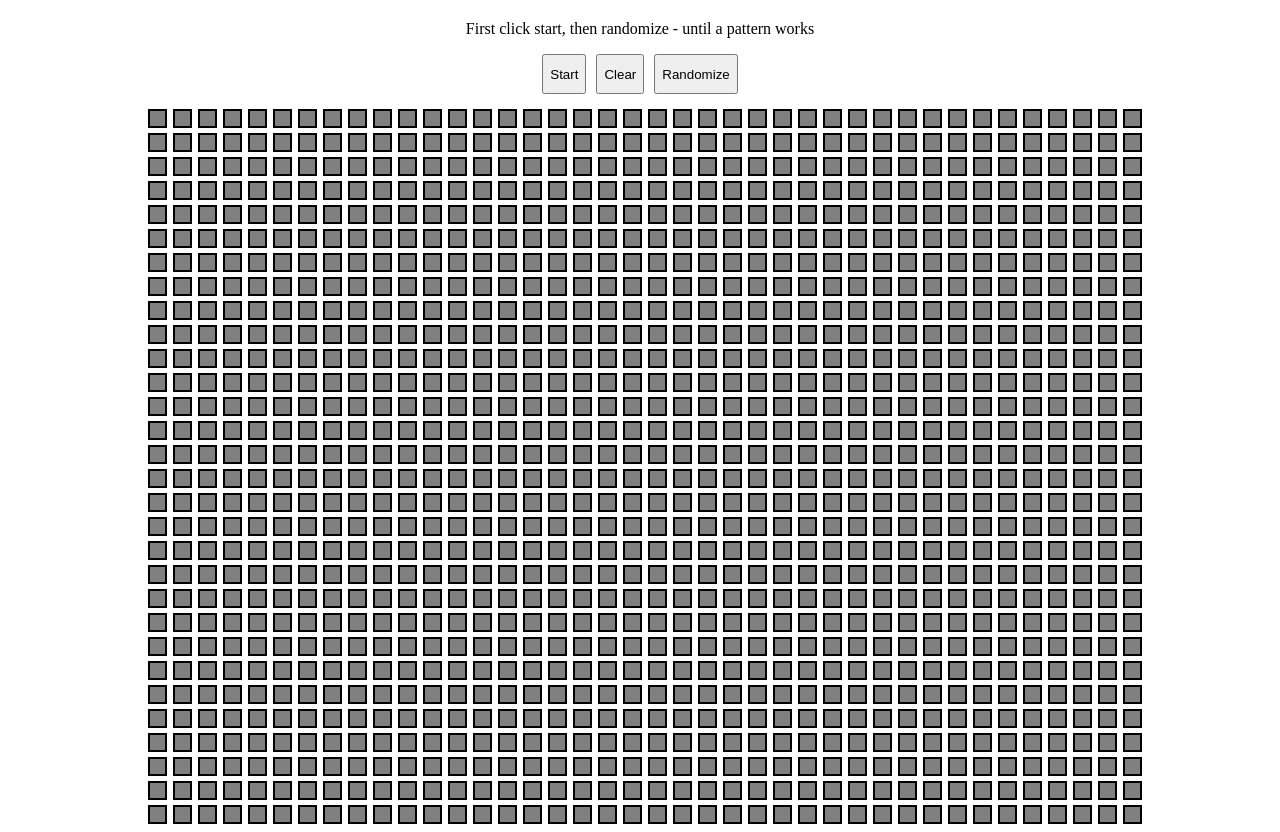
Repository: avanbussum/cellular-automata
Page: /
These files come from the project's save history. The page is drawn as it stood at one moment and after the next save; the edit follows.
The browser window is 1280 px wide. The pictures show the whole page.
The project was rebuilt for these pictures with package versions that can differ from the ones it lists, and the page was loaded fresh each time.

Above is the page before, as saved 2023-04-29 01:45:53.

After the next save:
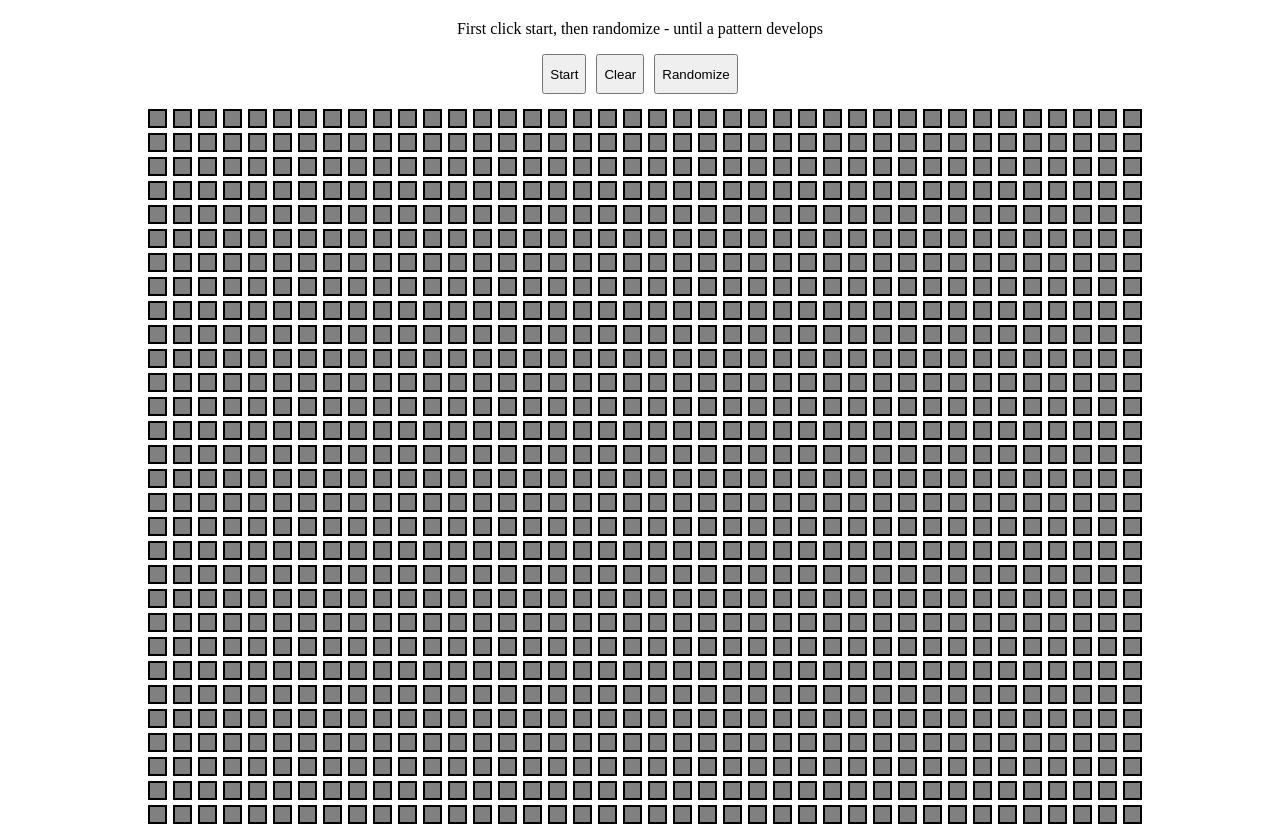
Saved 6 s later.
--- a/src/App.js
+++ b/src/App.js
@@ -143,7 +143,7 @@ export const App = () => {
           justifyContent: 'center',
           marginTop: '20px',
           gap:'10px'
-        }}>First click start, then randomize - until a pattern works</p>
+        }}>First click start, then randomize - until a pattern develops</p>
     <div style={{
           display: 'flex',
           justifyContent: 'center',
